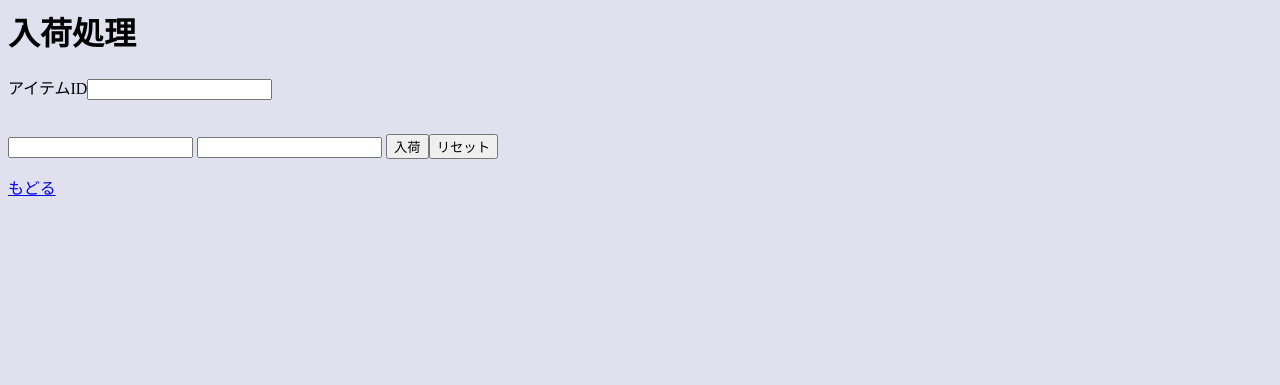
Repository: e1b19110/super
Page: src/main/resources/templates/nyuka1.html
The author's editor kept a copy of each file at every save. The page is drawn from the files as they stood at one save, then again after the next save.
The browser window is 1280 px wide. The pictures show the whole page.

Above is the page before, as saved 2021-12-07 16:29:44.

After the next save:
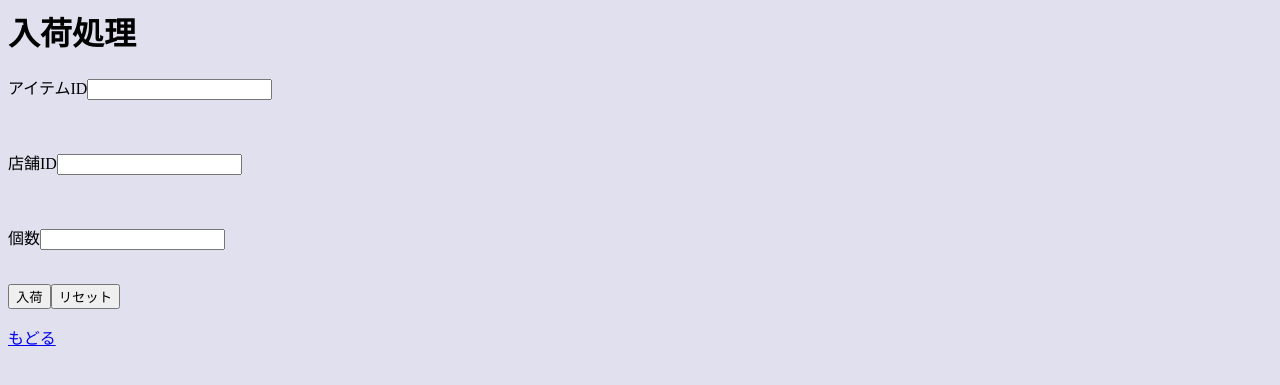
Saved 3 min 28 s later.
--- a/src/main/resources/templates/nyuka1.html
+++ b/src/main/resources/templates/nyuka1.html
@@ -8,8 +8,8 @@
   <p>
     <form action="/himiko/nyuka2" method="post">
       <p>アイテムID<input type="number" name="item_id" /></p><br>
-      <input type="number" name="shop_id" />
-      <input type="number" name="number" />
+      <p>店舗ID<input type="number" name="shop_id" /></p><br>
+      <p>個数<input type="number" name="number" /></p><br>
       <input type="submit" value="入荷"><input type="reset" value="リセット">
     </form>
   </p>
